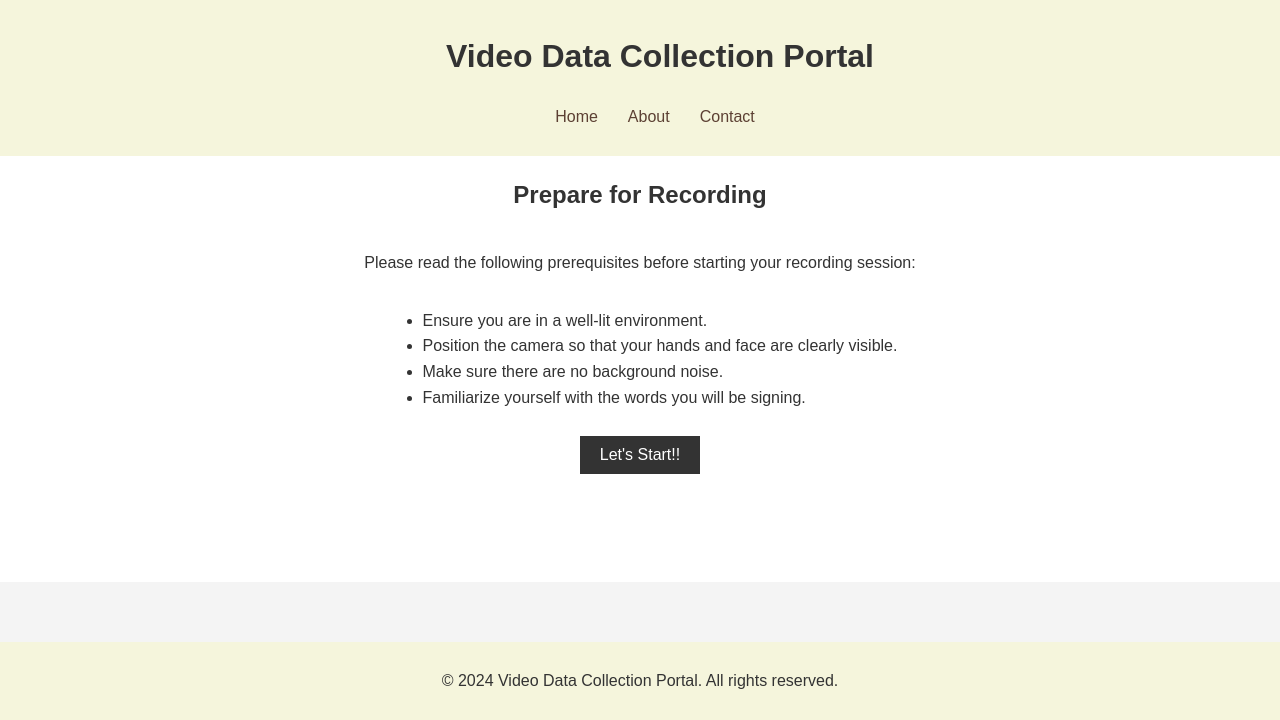
Repository: Oren93/sign_lang_data
Page: /upload (app in frontend/sign-lang-ui/)
These files come from the project's save history. The page is drawn as it stood at one moment and after the next save; the edit follows.
The browser window is 1280 px wide. The pictures show the whole page.
The project was rebuilt for these pictures with package versions that can differ from the ones it lists, and the page was loaded fresh each time. Also part of the build but not shown: frontend/sign-lang-ui/vite.config.ts, frontend/sign-lang-ui/src/pages/Home.tsx, frontend/sign-lang-ui/src/pages/About.tsx, frontend/sign-lang-ui/src/pages/Contact.tsx, frontend/sign-lang-ui/src/pages/Record.module.css, frontend/sign-lang-ui/src/pages/Record.tsx, frontend/sign-lang-ui/src/pages/ThankYou.tsx.

Above is the page before, as saved 2024-06-10 15:04:15.

After the next save:
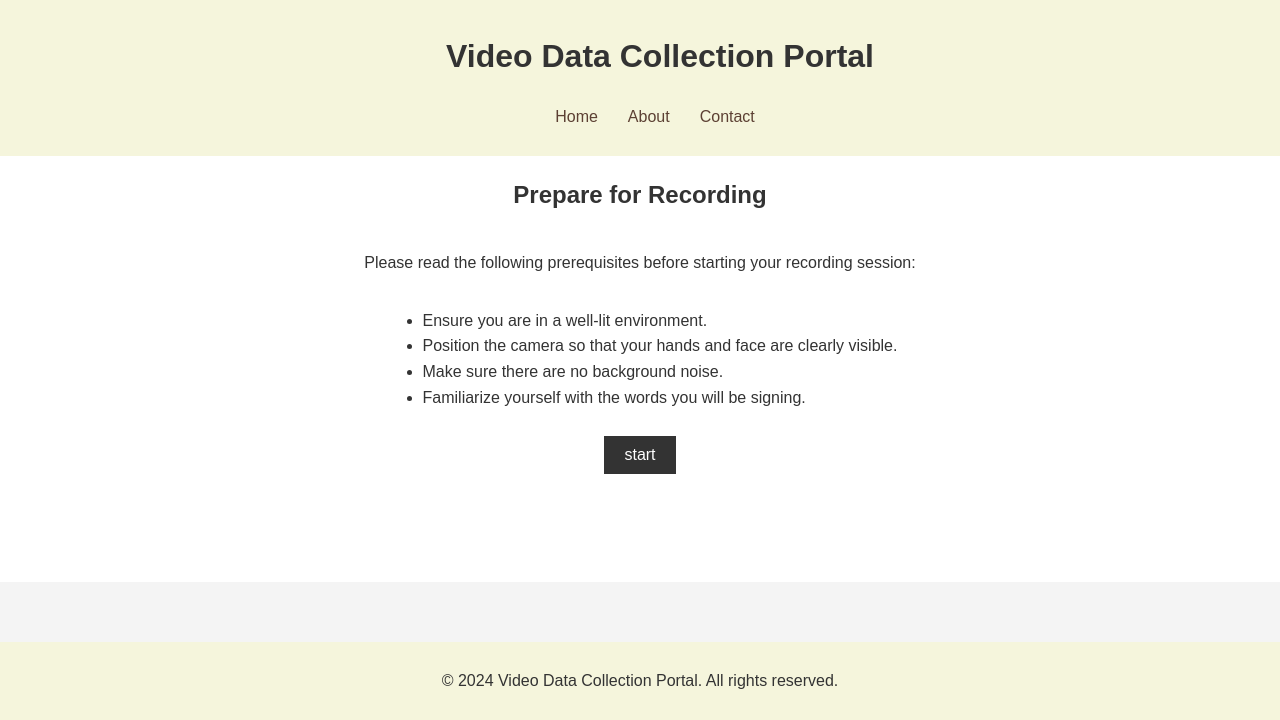
Saved 115 s later.
--- a/frontend/sign-lang-ui/src/pages/Upload.tsx
+++ b/frontend/sign-lang-ui/src/pages/Upload.tsx
@@ -23,7 +23,7 @@ const Upload: React.FC = () => {
           <li>{t('pre_req3')}</li>
           <li>{t('pre_req4')}</li>
         </ul>
-        <button className={styles.button} onClick={handleStartRecording}>Let's Start!!</button>
+        <button className={styles.button} onClick={handleStartRecording}>{t('start')}</button>
       </section>
     </main>
   );
